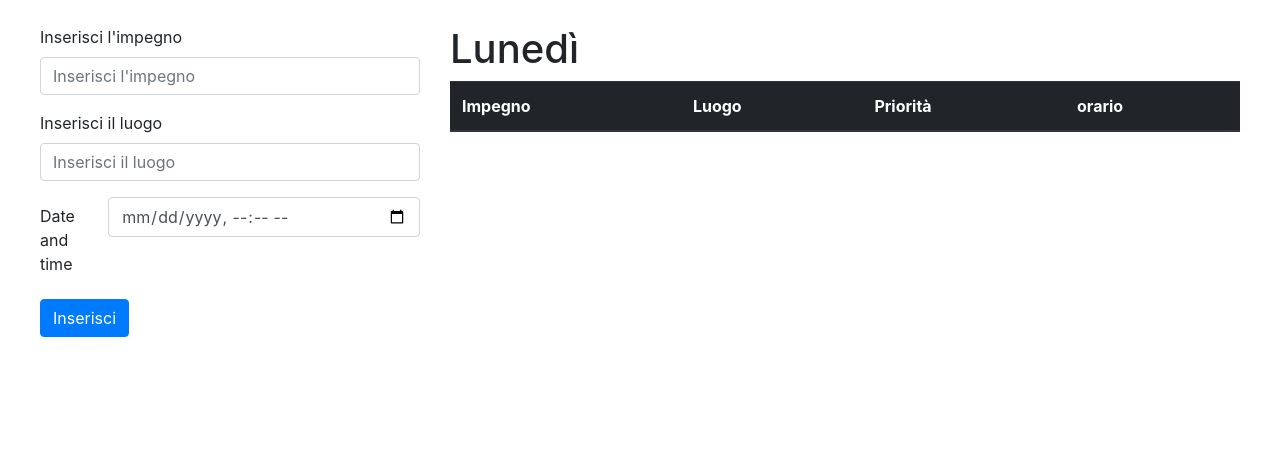
Repository: robertobellardi/eclipse
Page: Agenda/WebContent/index.html
An editor plug-in stored every save of this project. The page is shown before and after the next save, followed by the edit.
The browser window is 1280 px wide. The pictures show the whole page.
Some web libraries are served in a nearby version.

Above is the page before, as saved 2020-01-27 09:03:15.

### Agenda/WebContent/index.html
<!DOCTYPE html>
<html>
<head>
<meta charset="utf-8">
<link rel="stylesheet" href="https://maxcdn.bootstrapcdn.com/bootstrap/4.0.0/css/bootstrap.min.css" integrity="sha384-Gn5384xqQ1aoWXA+058RXPxPg6fy4IWvTNh0E263XmFcJlSAwiGgFAW/dAiS6JXm" crossorigin="anonymous">
<script src="assets/JQuery.js"></script>
<script src="https://cdnjs.cloudflare.com/ajax/libs/popper.js/1.12.9/umd/popper.min.js" integrity="sha384-ApNbgh9B+Y1QKtv3Rn7W3mgPxhU9K/ScQsAP7hUibX39j7fakFPskvXusvfa0b4Q" crossorigin="anonymous"></script>
<script src="https://maxcdn.bootstrapcdn.com/bootstrap/4.0.0/js/bootstrap.min.js" integrity="sha384-JZR6Spejh4U02d8jOt6vLEHfe/JQGiRRSQQxSfFWpi1MquVdAyjUar5+76PVCmYl" crossorigin="anonymous"></script>

<script src="assets/javascript.js" type="text/javascript"></script>
<link rel="stylesheet" href="assets/custom.css">

<title>Agenda</title>
</head>
<body>

	<div class="row inputAgenda">
		<div class="col-4">
		  	<form id="inserimentoAgenda">
			  <div class="form-group">
			    <label for="impegno">Inserisci l'impegno</label>
			    <input type="text" class="form-control" id="impegno" placeholder="Inserisci l'impegno">
			  </div>

			  <div class="form-group">
			    <label for="luogo">Inserisci il luogo</label>
			    <input type="text" class="form-control" id="luogo" placeholder="Inserisci il luogo">
			  </div>

			  <div class="form-group row">
				  <label for="orario" class="col-2 col-form-label">Date and time</label>
				  <div class="col-10">
				    <input class="form-control" type="datetime-local" id="orario">
				  </div>
				</div>
			  <button id="inserisci" type="button" class="btn btn-primary">Inserisci</button>
			</form>
		</div>

		<div class="col-8">
		<h1>Lunedì</h1>
			<table class="table table-striped table-dark">
		  		<thead>
			    	<tr>
				      <th scope="col">Impegno</th>
				      <th scope="col">Luogo</th>
				      <th scope="col">Priorità</th>
				      <th scope="col">orario</th>
			    	</tr>
		  		</thead>
		  		<tbody id="tablebody">

		  		</tbody>
			</table>
		</div>
	</div>

</body>
</html>

### Agenda/WebContent/assets/custom.css
.inputAgenda{
	margin: 25px;
}

.errore{
	color: red;
}

.erroreCampo{
	color: red;
}

Loaded but not shown: Agenda/WebContent/assets/JQuery.js (library); Agenda/WebContent/assets/javascript.js (no copy from this time; the picture is the same without it)

After the next save:
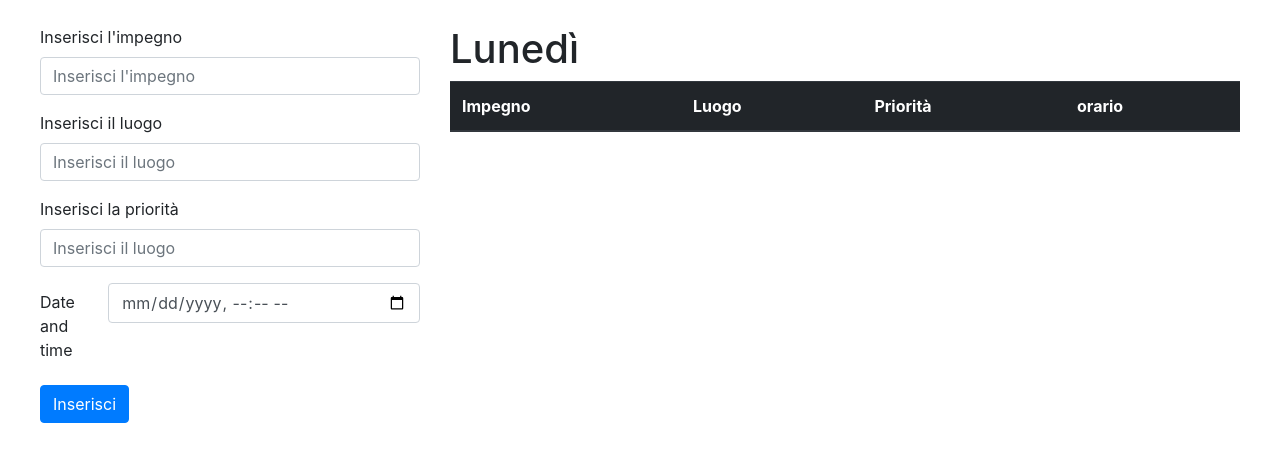
Saved 19 min 24 s later.
--- a/Agenda/WebContent/index.html
+++ b/Agenda/WebContent/index.html
@@ -24,6 +24,11 @@
 
 			  <div class="form-group">
 			    <label for="luogo">Inserisci il luogo</label>
+			    <input type="text" class="form-control" id="luogo" placeholder="Inserisci il luogo">
+			  </div>
+
+			  <div class="form-group">
+			    <label for="luogo">Inserisci la priorità</label>
 			    <input type="text" class="form-control" id="luogo" placeholder="Inserisci il luogo">
 			  </div>
 
